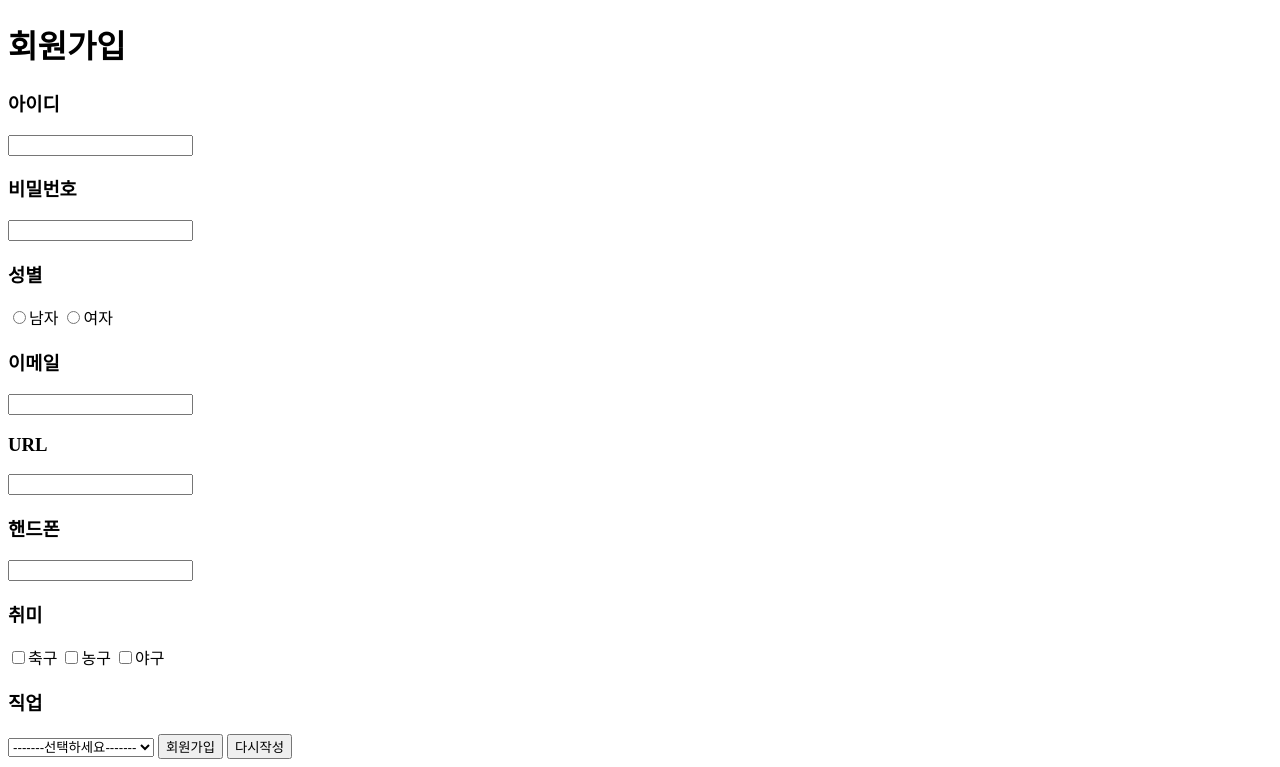
Repository: ssummini/Web
Page: jQuery/src/main/webapp/02_jQueryEvent/exam01-join.html
The author's editor kept a copy of each file at every save. The page is drawn from the files as they stood at one save, then again after the next save.
The browser window is 1280 px wide. The pictures show the whole page.

Above is the page before, as saved 2024-08-22 05:45:34.

### jQuery/src/main/webapp/02_jQueryEvent/exam01-join.html
<!DOCTYPE html>
<html>
<head>
<meta charset="UTF-8">
<title>Insert title here</title>
</head>
<body>
	<h1>회원가입</h1>
	<form name="form1" id="join">
		<div id="input">
			<h3>아이디</h3>
			<input type="text" name="user_id"/>

			<h3>비밀번호</h3>
			<input type="password" name="user_pw"/>

			<h3>성별</h3>
			<label><input type="radio" name="gender" value="남자"/>남자</label>
			<label><input type="radio" name="gender" value="여자"/>여자</label>

			<h3>이메일</h3>
			<input type="email" name="email"/>

			<h3>URL</h3>
			<input type="url" name="url" />

			<h3>핸드폰</h3>
			<input type="tel" name="phone"/>

			<h3>취미</h3>
			<label><input type="checkbox" name="hobby" value="축구"/>축구</label>
			<label><input type="checkbox" name="hobby" value="농구"/>농구</label>
			<label><input type="checkbox" name="hobby" value="야구"/>야구</label>

			<h3>직업</h3>
			<select name="job">
				<option>-------선택하세요-------</option>
				<option value="프로그래머">프로그래머</option>
				<option value="퍼블리셔">퍼블리셔</option>
				<option value="디자이너">디자이너</option>
				<option value="기획">기획</option>
			</select>

			<input type="submit" value="회원가입" class="myButton"/>
			<input type="reset" value="다시작성" class="myButton"/>
		</div>
	</form>

<script type="text/javascript" src="http://code.jquery.com/jquery-3.7.1.min.js"></script>
<script type="text/javascript">
$(function () {});
</script>
</body>
</html>
<!--
jQuery 이벤트 정의하는 방법

$(function() {
   $("셀렉터").이벤트이름(function() {
      ... 처리 내용 ...
   });
});
 -->

### jQuery/src/main/webapp/css/event.css
@charset "UTF-8";
* {
    padding: 0;
    margin: 10px;
}
#input, #result {
    border: 5px solid #D5D5D5;
    text-align: center;
    width: auto;
    font-weight: bold;
}
#input {
    background: #eef;
    padding: 5px;
}
#input:after {
    content: '';
    display: block;
    float: none;
    clear: both;
}
#input > input, #input > select, #input > div, #input > button, #input > div > button {
    width: 99%;
    text-align: center;
    display: block;
    font-size: 17px;
    color: #222;
    background: #eef;
    border: 3px solid #d3d3d3;
    margin: 5px auto;
    padding: 5px 0;
}
#input > h3 {
    text-align: left;
    margin: 0;
    padding: 10px 0 0 0;
}
#input > h3:before {
    content: '';
    display: block;
    float: none;
    clear: both;
}
#input > label {
    margin: 0;
    padding: 0;
    display: block;
    float: left;
    padding-bottom: 10px;
}
#input > label > input {
    width: auto !important;
    display: inline;
}
#input .myButton {
    box-shadow: inset 0px 1px 0px 0px #54a3f7; /* inset : 박스 안쪽의 그림자 */
    background: linear-gradient(to bottom, #007dc1 5%, #0061a7 100%);
    /* background-color: #007dc1; */
    border-radius: 3px;
    border: 1px solid #124d77;
    display: inline-block;
    color: #ffffff;
    font-family: arial;
    font-size: 15px;
    font-weight: normal;
    padding: 6px 24px;
    text-decoration: none;
    text-shadow: 0px 1px 0px #154682;
}
#input .myButton:hover {
    background: linear-gradient(to bottom, #0061a7 5%, #007dc1 100%);
    background-color: #0061a7;
}
#input .myButton:active {
    position: relative;
    top: 1px;
}

h2 {
    padding-top: 10px;
}
#result {
    padding: 50px;
    font-size: 17px;
    color: #500;
    background: #5AAEFF;
}

After the next save:
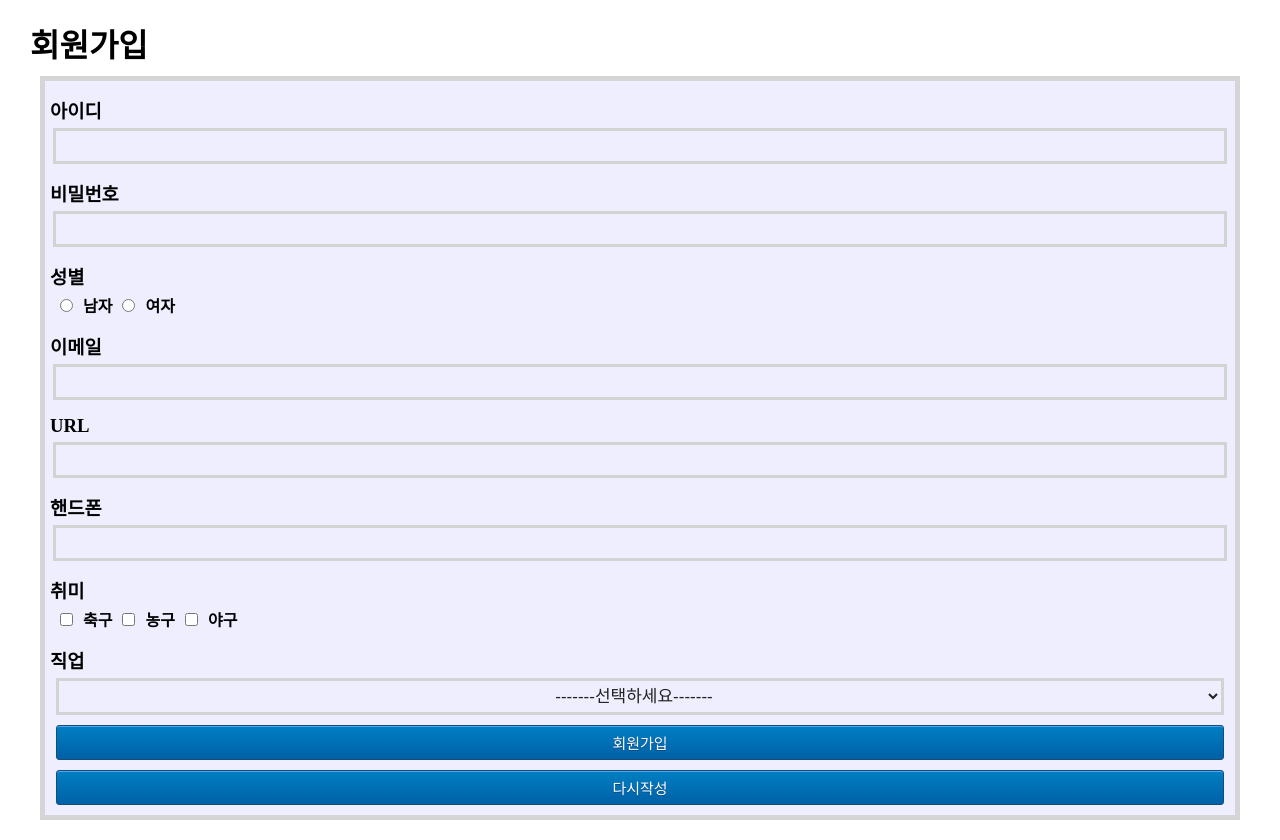
Saved 2 min 49 s later.
--- a/jQuery/src/main/webapp/02_jQueryEvent/exam01-join.html
+++ b/jQuery/src/main/webapp/02_jQueryEvent/exam01-join.html
@@ -3,6 +3,7 @@
 <head>
 <meta charset="UTF-8">
 <title>Insert title here</title>
+<link rel="stylesheet" href="../css/event.css">
 </head>
 <body>
 	<h1>회원가입</h1>
